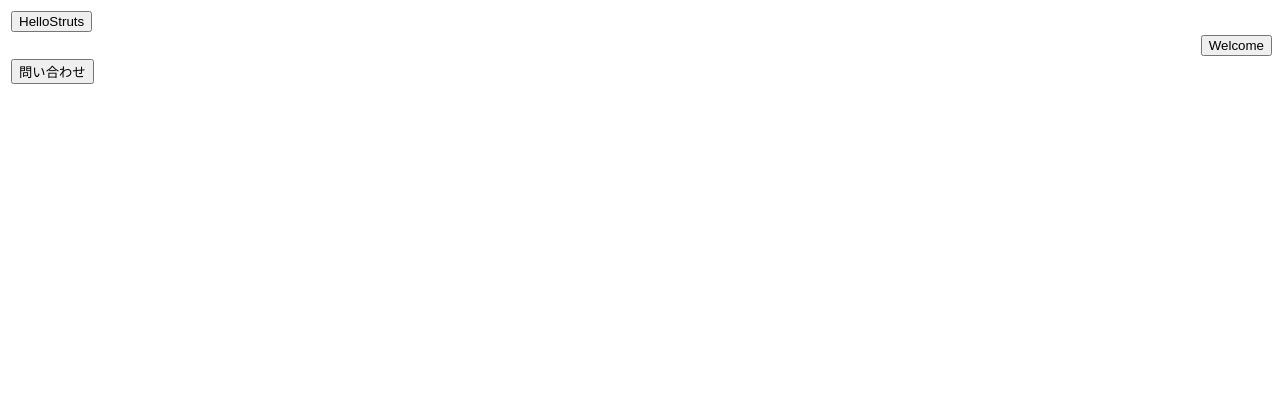
Repository: okinaga/internous
Page: http://localhost/WebProj4/
An editor plug-in stored every save of this project. The page is shown before and after the next save, followed by the edit.
The browser window is 1280 px wide. The pictures show the whole page.
The page is served by Tomcat 9.

Above is the page before, as saved 2018-10-05 12:28:28.

After the next save:
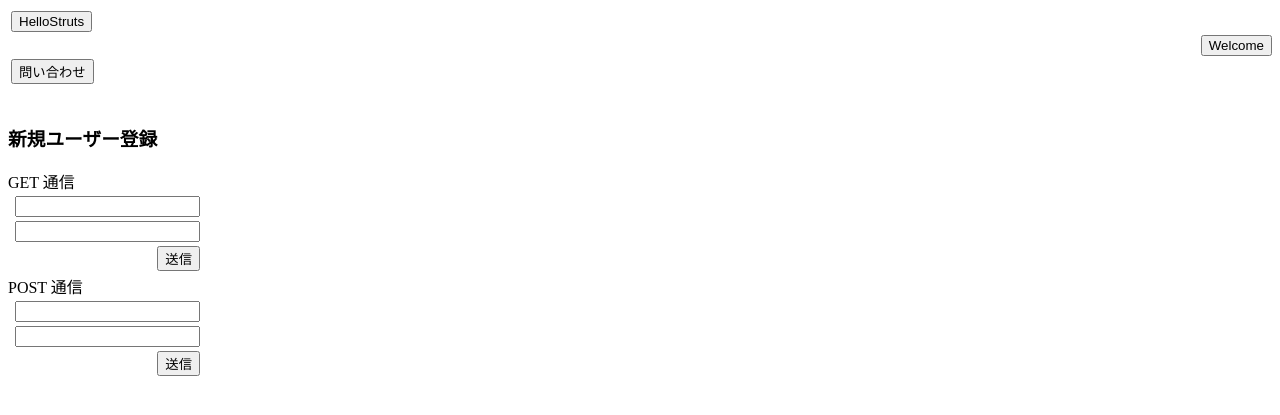
Saved 44 s later.
--- a/WebProj4/WebContent/index.jsp
+++ b/WebProj4/WebContent/index.jsp
@@ -18,6 +18,19 @@
 <s:form action="InquiryAction">
 	<s:submit value="問い合わせ"/>
 </s:form>
-
+<br>
+<h3>新規ユーザー登録</h3>
+GET 通信
+<s:form method="get" action="TestAction">
+<s:textfield name="username"/>
+<s:password name="password"/>
+<s:submit value="送信"/>
+</s:form>
+POST 通信
+<s:form method="post" action="TestAction">
+<s:textfield name="username"/>
+<s:password name="password"/>
+<s:submit value="送信"/>
+</s:form>
 </body>
 </html>
